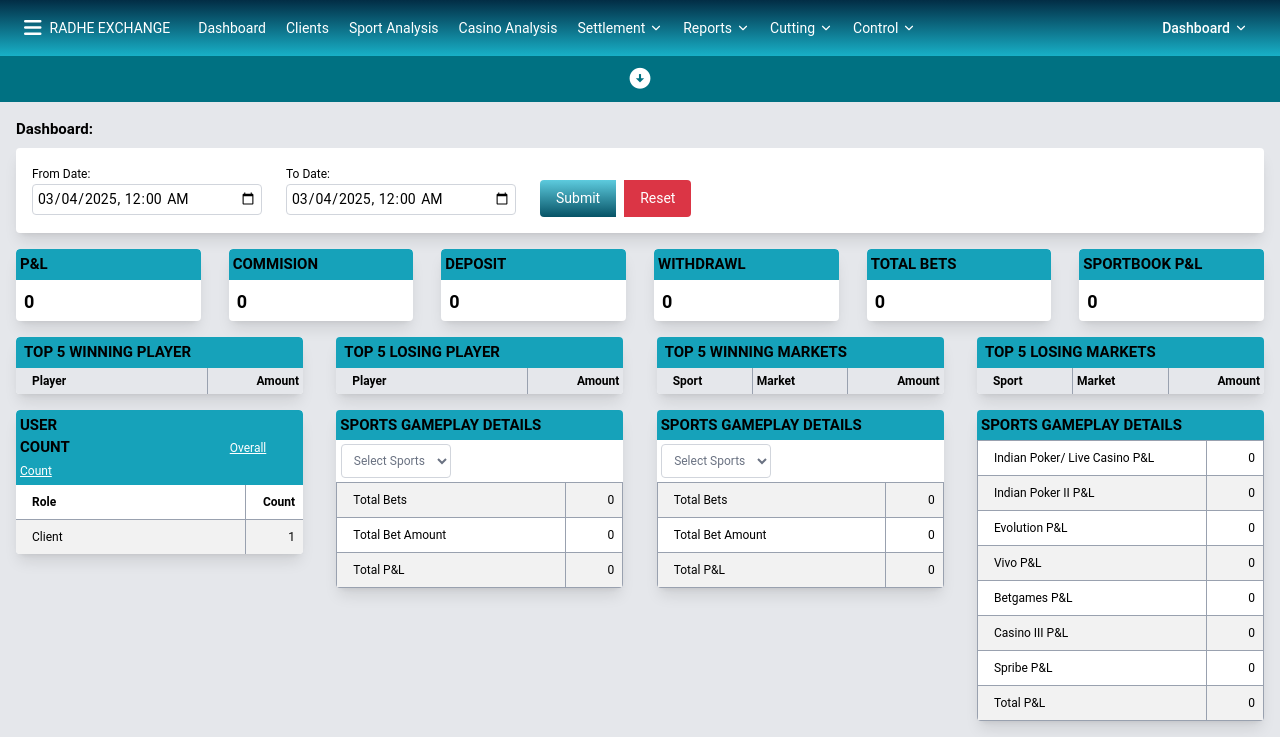
Repository: Habeebur1493/Radhe-Exchange
Page: /dashboard (app in frontend/)
An editor plug-in stored every save of this project. The page is shown before and after the next save, followed by the edit.
The browser window is 1280 px wide. The pictures show the whole page.
Some web libraries are served in a nearby version. The project was rebuilt for these pictures with package versions that can differ from the ones it lists, and the page was loaded fresh each time. Also part of the build but not shown: frontend/vite.config.js, frontend/src/components/login.jsx, frontend/src/components/Register.jsx.

Above is the page before, as saved 2025-03-04 17:17:24.

### frontend/index.html
<!doctype html>
<html lang="en">
  <head>
    <meta charset="UTF-8" />
    <meta name="viewport" content="width=device-width, initial-scale=1.0" />
    <link
    href="https://cdn.jsdelivr.net/npm/remixicon@4.5.0/fonts/remixicon.css"
    rel="stylesheet"
/>
<link rel="stylesheet" href="https://cdnjs.cloudflare.com/ajax/libs/font-awesome/6.7.2/css/all.min.css" integrity="sha512-Evv84Mr4kqVGRNSgIGL/F/aIDqQb7xQ2vcrdIwxfjThSH8CSR7PBEakCr51Ck+w+/U6swU2Im1vVX0SVk9ABhg==" crossorigin="anonymous" referrerpolicy="no-referrer" />
    <title>Radheexch | Admin</title>

  </head>
  <body>
    <div id="root"></div>
    <script type="module" src="/src/main.jsx"></script>
  </body>
</html>

### frontend/src/App.jsx
import React from "react";
import "./App.css";
import { Navigate, Routes, Route } from "react-router-dom";
import Login from "./components/login";
import Register from "./components/Register";
import Dashboard from "./components/dashboard";

const App = () => {
  return (
    <div>
      <Routes>
        <Route path="/" element={<Navigate to="/login" />} />
        <Route path="/login" element={<Login />} />
        <Route path="/register" element={<Register />} />
        <Route path="/dashboard" element={<Dashboard />} />
      </Routes>
    </div>
  );
};

export default App;

### frontend/src/App.css
@import "tailwindcss";

@import url('https://fonts.googleapis.com/css2?family=Roboto:ital,wght@0,100..900;1,100..900&display=swap');

:root {
    --primary-background: linear-gradient(#022d45, #18b0c7);
    --secondary-background: linear-gradient(#5dcbde, #075366);
    --tertiary-background: linear-gradient(#007182, #4ab4c7);
    --four-background: linear-gradient(#075366, #5dcbde);
}

.main{
    background: var(--primary-background);
    font-family: "Roboto", sans-serif;
}

.btn{
    background: var(--secondary-background);
    font-family: "Roboto", sans-serif;
}

nav{
    background: var(--primary-background);
    font-family: "Roboto", sans-serif;
    font-size: 14px;
}
.dashboard{
    font-family: "Roboto", sans-serif;
    font-size: 14px;
}

.sidebar{
    background: var(--tertiary-background);
    font-family: "Roboto", sans-serif;
    font-size: 14px;
}
.btn1{
    background: var(--secondary-background);
    font-family: "Roboto", sans-serif;
    transition: all 0.3s ease-in-out;
}
.btn1:hover{
    background: var(--four-background);
}

### frontend/src/components/dashboard.jsx
import React, { useState } from "react";
import { ChevronDown } from "lucide-react";
import Sidebar from "./Sidebar";
import DashContent from "./DashContent";

const Dashboard = () => {
  const [isDropdownOpen, setIsDropdownOpen] = useState(false);
  const [isOpen, setIsOpen] = useState(false);

  return (
    <div className="dashboard min-h-screen bg-gray-200 overflow-x-hidden">
      {/* Navbar */}
      <nav className="bg-[--primary-background] text-white flex items-center h-14 px-4 shadow-md">
        <Sidebar />
        <h1>RADHE EXCHANGE</h1>
        {/* Navbar Links (Now Closer to H1) */}
        <div className="ml-6 flex items-center">
          <ul className="hidden md:flex space-x-3">
            {["Dashboard", "Clients", "Sport Analysis", "Casino Analysis"].map(
              (item) => (
                <li key={item}>
                  <a
                    href="#"
                    className="h-14 flex items-center px-1 hover:bg-[#18b0c7] transition-all duration-200 ease-in-out"
                  >
                    {item}
                  </a>
                </li>
              )
            )}

            {/* Dropdown Menus */}
            {["Settlement"].map((item) => (
              <li key={item} className="relative group">
                <button className="h-14 flex items-center px-1 hover:bg-[#18b0c7] transition-all duration-200 ease-in-out">
                  {item}
                  <ChevronDown size={14} className="ml-1" />
                </button>

                {/* Dropdown - Show on Hover but only inside the navbar */}
                <div className="absolute left-0 mt-0 w-40 bg-[#16a2ba] text-white opacity-0 invisible group-hover:opacity-100 group-hover:visible transition-all duration-200 ease-in-out">
                  <a
                    href="#"
                    className="block px-4 py-2 hover:bg-[#107a8d] border-b border-gray-500"
                  >
                    User
                  </a>
                  <a href="#" className="block px-4 py-2 hover:bg-[#107a8d]">
                    Master
                  </a>
                </div>
              </li>
            ))}
            {/* Dropdown Menus */}
            {["Reports"].map((item) => (
              <li key={item} className="relative group">
                <button className="h-14 flex items-center px-1 hover:bg-[#18b0c7] transition-all duration-200 ease-in-out">
                  {item}
                  <ChevronDown size={14} className="ml-1" />
                </button>

                {/* Dropdown - Show on Hover */}
                <div className="absolute left-0 mt-0 w-40 bg-[#16a2ba] text-white opacity-0 invisible group-hover:opacity-100 group-hover:visible transition-all duration-200 ease-in-out">
                  <a
                    href="#"
                    className="block px-4 py-2 hover:bg-[#107a8d] border-b-1 border-gray-500"
                  >
                    User Detail
                  </a>
                  <a
                    href="#"
                    className="block px-4 py-2 hover:bg-[#107a8d] border-b-1 border-gray-500"
                  >
                    Account Satatement
                  </a>
                  <a
                    href="#"
                    className="block px-4 py-2 hover:bg-[#107a8d]  border-b-1 border-gray-500"
                  >
                    Settlement/Balance Report
                  </a>
                  <a
                    href="#"
                    className="block px-4 py-2 hover:bg-[#107a8d]  border-b-1 border-gray-500"
                  >
                    Transaction Report
                  </a>
                  <a
                    href="#"
                    className="block px-4 py-2 hover:bg-[#107a8d]  border-b-1 border-gray-500"
                  >
                    Current Bets
                  </a>
                  <a
                    href="#"
                    className="block px-4 py-2 hover:bg-[#107a8d]  border-b-1 border-gray-500"
                  >
                    Profit & Loss Report
                  </a>
                  <a
                    href="#"
                    className="block px-4 py-2 hover:bg-[#107a8d]  border-b-1 border-gray-500"
                  >
                    Event Profit & Loss Report
                  </a>
                  <a
                    href="#"
                    className="block px-4 py-2 hover:bg-[#107a8d]  border-b-1 border-gray-500"
                  >
                    Bet History
                  </a>
                  <a
                    href="#"
                    className="block px-4 py-2 hover:bg-[#107a8d]  border-b-1 border-gray-500"
                  >
                    Live Bets
                  </a>
                  <a
                    href="#"
                    className="block px-4 py-2 hover:bg-[#107a8d] border-b-1 border-gray-500"
                  >
                    Sports Revenue
                  </a>
                  <a
                    href="#"
                    className="block px-4 py-2 hover:bg-opacity-50  border-b-1 border-gray-500"
                  >
                    IP lookup
                  </a>
                </div>
              </li>
            ))}
            {/* Dropdown Menus */}
            {["Cutting"].map((item) => (
              <li key={item} className="relative group">
                <button className="h-14 flex items-center px-1 hover:bg-[#18b0c7] transition-all duration-200 ease-in-out">
                  {item}
                  <ChevronDown size={14} className="ml-1" />
                </button>

                {/* Dropdown - Show on Hover */}
                <div className="absolute left-0 mt-0 w-40 bg-[#16a2ba] text-white opacity-0 invisible group-hover:opacity-100 group-hover:visible transition-all duration-200 ease-in-out">
                  <a
                    href="#"
                    className="block px-4 py-2 hover:bg-[#107a8d]  border-b-1 border-gray-500"
                  >
                    Agent Master
                  </a>
                  <a href="#" className="block px-4 py-2 hover:bg-[#107a8d]">
                    Cutting History
                  </a>
                </div>
              </li>
            ))}
            {/* Dropdown Menus */}
            {["Control"].map((item) => (
              <li key={item} className="relative group">
                <button className="h-14 flex items-center px-1 hover:bg-[#18b0c7] transition-all duration-200 ease-in-out">
                  {item}
                  <ChevronDown size={14} className="ml-1" />
                </button>

                {/* Dropdown - Show on Hover */}
                <div className="absolute left-0 mt-0 w-40 bg-[#16a2ba] text-white opacity-0 invisible group-hover:opacity-100 group-hover:visible transition-all duration-200 ease-in-out">
                  <a
                    href="#"
                    className="block px-4 py-2 hover:bg-[#107a8d]  border-b-1 border-gray-500"
                  >
                    Game
                  </a>
                  <a href="#" className="block px-4 py-2 hover:bg-[#107a8d]">
                    Casino
                  </a>
                </div>
              </li>
            ))}
          </ul>
        </div>

        {/* Move Dashboard Dropdown to the Right */}
        <div className="ml-auto">
          <ul className="hidden md:flex text-sm font-medium">
            <li className="relative">
              <button
                onClick={() => setIsDropdownOpen(!isDropdownOpen)}
                className="flex items-center space-x-1 focus:outline-none px-4 h-14"
              >
                <span>Dashboard</span>
                <ChevronDown size={14} />
              </button>

              {/* Dropdown Menu - Shows on Click */}
              {isDropdownOpen && (
                <div className="absolute h-20 right-5 w-42 bg-white text-gray-800  rounded-sm">
                  <a href="#" className="block px-4 py-2 hover:bg-[#5dcbde]">
                    <span>
                      <i class="fa-solid fa-arrow-right-long"></i>
                    </span>{" "}
                    Change Password
                  </a>
                  <a href="#" className="block px-4 py-2 hover:bg-[#5dcbde]">
                    <span>
                      <i class="fa-solid fa-arrow-right-long"></i>
                    </span>{" "}
                    Log Out
                  </a>
                </div>
              )}
            </li>
          </ul>
        </div>
      </nav>

      {/* Header */}
      <header className="bg-[#007182] p-1  ">
        {/* Dropdown Toggle */}
        <div
          className="cursor-pointer flex items-center justify-center"
          onClick={() => setIsOpen(!isOpen)}
        >
          <i
            className={`ri-arrow-down-circle-fill text-white text-[25px] transition-transform ${
              isOpen ? "rotate-180" : ""
            }`}
          ></i>
        </div>

        {/* Dropdown Content */}
        {isOpen && (
          <div className="bg-[#007182] transition-all duration-300 pb-1 px-4">
            <div className="flex justify-evenly items-center text-white text-[14px] w-full mr-4">
              <div className="flex flex-col text-center gap-2  ">
                <h4 className="flex justify-between">
                  User ID: <span className="ml-2">776demo</span>
                </h4>
                <h4 className="flex justify-between">
                  User Type: <span className="ml-2">Admin</span>
                </h4>
              </div>

              <div className="flex flex-col text-center gap-2 w-1/5">
                <h4 className="flex justify-evenly">
                  Given Bal:{" "}
                  <span className="text-[#20fa5e] ml-2">1000.00</span>
                </h4>
                <h4 className="flex justify-evenly">
                  Available: <span className="text-[#20fa5e] ml-2">500.00</span>
                </h4>
              </div>

              <div className="flex flex-col text-center gap-2 w-1/5">
                <h4 className="flex justify-evenly">
                  Up Line: <span className="ml-6">0</span>
                </h4>
                <h4 className="flex justify-evenly">
                  Down Line: <span className="ml-2">0</span>
                </h4>
              </div>

              <div className="flex flex-col text-center gap-2 w-1/5">
                <h4 className="flex justify-evenly">
                  Current P&L: <span className="ml-2">0</span>
                </h4>
                <h4 className="flex justify-evenly">
                  Exposure: <span className="ml-8">0</span>
                </h4>
              </div>

              <div className="flex flex-col text-center gap-2 w-1/5 mb-7 pl-10">
                <h4 className="flex justify-evenly">
                  My P&L: <span className="ml-10">0</span>
                </h4>
              </div>
            </div>
          </div>
        )}
      </header>
      <DashContent />
    </div>
  );
};

export default Dashboard;

### frontend/src/components/Sidebar.jsx
import React, { useState } from "react";
import { Link } from "react-router-dom"; // Ensure you use react-router for navigation

const Sidebar = () => {
  const [isOpen, setIsOpen] = useState(false);
  const [dropdowns, setDropdowns] = useState({});
  const [nestedDropdowns, setNestedDropdowns] = useState({});

  const toggleDropdown = (category) => {
    setDropdowns((prev) => ({ ...prev, [category]: !prev[category] }));
  };

  const toggleNestedDropdown = (item) => {
    setNestedDropdowns((prev) => ({ ...prev, [item]: !prev[item] }));
  };

  const menuItems = [
    {
      key: "cricket",
      label: "Cricket",
      items: [
        {
          title: "ICC Champions Trophy",
          subItems: ["India v Australia", "England v South Africa", "South Africa v New Zealand"],
        },
        {
          title: "Women's Premier League",
          subItems: ["Women's Premier League", "Up Warriorz W v Mumbai Indians W", "Gujarat Giants W v Delhi Capitals W"],
        },
        {
          title: "International T20 Masters League",
          subItems: ["Sri Lanka Masters v West Indies Masters", "India Masters v Australia Masters"],
        },
      ],
    },
    {
      key: "soccer",
      label: "Soccer",
      items: [
        {
          title: "League 1",
          subItems: ["Team A v Team B", "Team C v Team D"],
        },
        {
          title: "League 2",
          subItems: ["Match 3", "Match 4"],
        },
      ],
    },
    {
      key: "tennis",
      label: "Tennis",
      items: [
        {
          title: "Grand Slam",
          subItems: ["Final Match", "Semi Final"],
        },
        {
          title: "ATP Finals",
          subItems: ["Quarter Final", "Round of 16"],
        },
      ],
    },
    {
      key: "Horse",
      label: "Horse",
      items: [
        {
          title: "Grand Prix",
          subItems: ["Final Match", "Semi Final"],
        },
        {
          title: "ATP Finals",
          subItems: ["Quarter Final", "Round of 16"],
        },
      ],
    },
    {
      key: "Greyhound",
      label: "Greyhound",
      items: [
        {
          title: "Grand Prix",
          subItems: ["Final Match", "Semi Final"],
        },
        {
          title: "ATP Finals",
          subItems: ["Quarter Final", "Round of 16"],
        },
      ],
    },
  ];

  return (
    <div className="relative">
      {/* Menu Icon */}
      <button onClick={() => setIsOpen(!isOpen)} className="p-2 text-xl">
        <i className="fa-solid fa-bars"></i>
      </button>

      {/* Sidebar */}
      <div
        className={`sidebar fixed top-0 left-0 h-full w-64 mt-14 bg-[--tertiary-background] text-white transition-transform duration-300 ${
          isOpen ? "translate-x-0" : "-translate-x-full"
        }`}
      >
        <ul className=" p-2">
          {menuItems.map(({ key, label, items }) => (
            <li key={key} className="cursor-pointer">
              {/* Main Category */}
              <div
                className="flex justify-between items-center w-full p-2 hover:bg-[#5dcbde] transition-all border-b border-[#18b0c7]"
                onClick={() => toggleDropdown(key)}
              >
                {label}{" "}
                <i
                  className={`fa-solid fa-caret-${dropdowns[key] ? "up" : "down"}`}
                ></i>
              </div>

              {/* First-level Dropdown */}
              <ul
                className={`overflow-hidden text-[11px] bg-[#d2dcf7] text-black transition-all duration-300 ${
                  dropdowns[key] ? "max-h-[1000px] opacity-100" : "max-h-0 opacity-0"
                }`}
              >
                {items.map(({ title, subItems }, index) => (
                  <li key={index} className="pl-6 pr-2 py-2">
                    {/* Square Plus/Minus Icon */}
                    <button
                      onClick={() => toggleNestedDropdown(title)}
                      className="mr-2"
                    >
                      <i
                        className={`fa-solid fa-${
                          nestedDropdowns[title] ? "square-minus" : "square-plus"
                        } text-lg`}
                      ></i>
                    </button>
                    {title}

                    {/* Nested Dropdown */}
                    <ul
                      className={`overflow-hidden transition-all duration-300 ${
                        nestedDropdowns[title] ? "max-h-[1000px] opacity-100 pl-6" : "max-h-0 opacity-0"
                      }`}
                    >
                      {subItems.map((subItem, subIndex) => (
                        <li key={subIndex} className="text-black py-1 flex items-center">
                          <i className="fa-solid fa-square-xmark mr-2"></i>
                          <Link to={`/${key}/${title}/${subItem}`} className="cursor-pointer">
                            {subItem}
                          </Link>
                        </li>
                      ))}
                    </ul>
                  </li>
                ))}
              </ul>
            </li>
          ))}
        </ul>
      </div>
    </div>
  );
};

export default Sidebar;

Loaded but not shown: frontend/src/main.jsx (common file); frontend/src/components/DashContent.jsx (344 lines, source omitted)

After the next save:
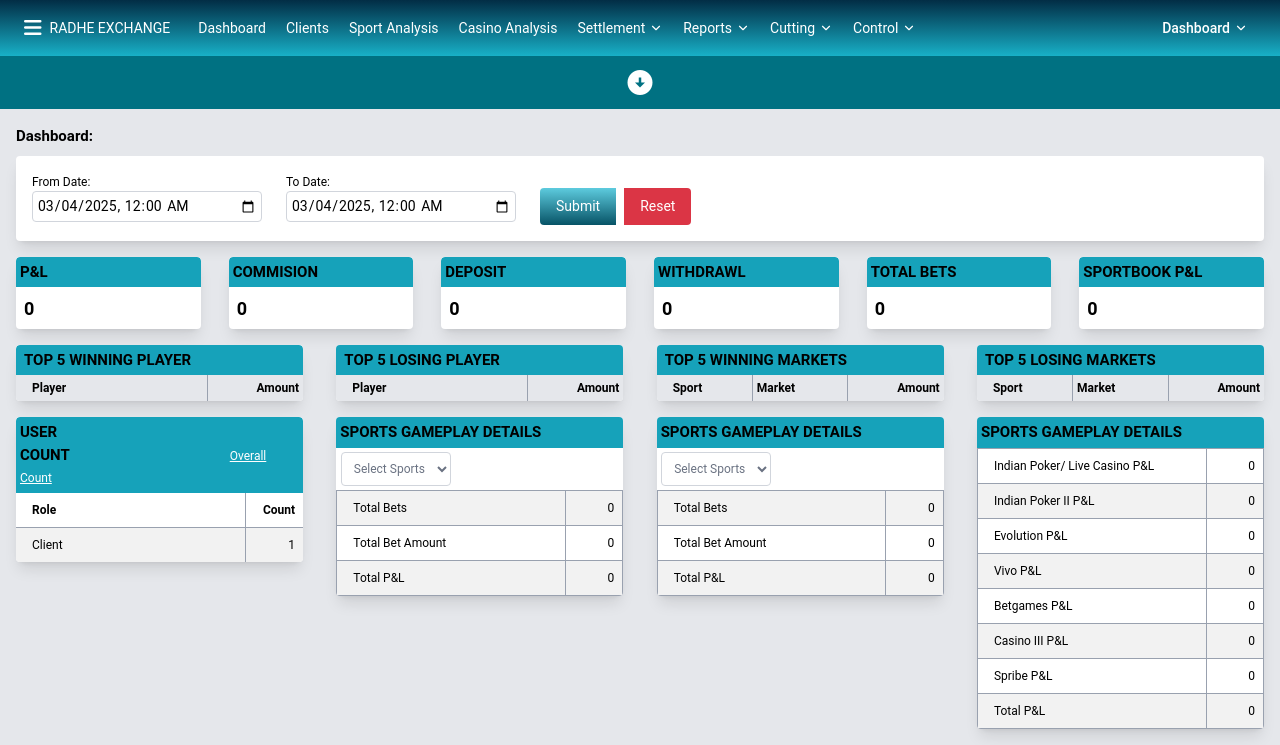
Saved 10 s later.
--- a/frontend/src/components/dashboard.jsx
+++ b/frontend/src/components/dashboard.jsx
@@ -219,7 +219,7 @@ const Dashboard = () => {
           onClick={() => setIsOpen(!isOpen)}
         >
           <i
-            className={`ri-arrow-down-circle-fill text-white text-[25px] transition-transform ${
+            className={`ri-arrow-down-circle-fill text-white text-[30px] transition-transform ${
               isOpen ? "rotate-180" : ""
             }`}
           ></i>
